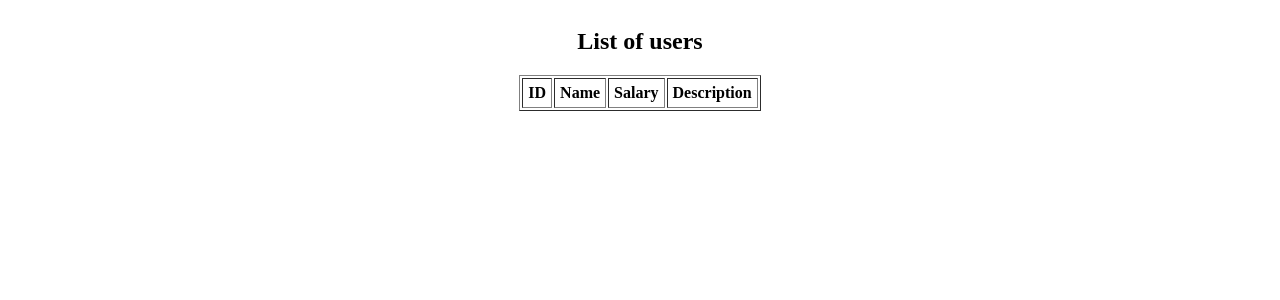
Repository: yashmodi2429/Programs
Page: http://localhost/Employee/showalldetails.jsp
The author's editor kept a copy of each file at every save. The page is drawn from the files as they stood at one save, then again after the next save.
The browser window is 1280 px wide. The pictures show the whole page.
The page is served by Tomcat 9. Queries for data that is not in the repository find no rows.

Above is the page before, as saved 2019-02-26 10:42:38.

After the next save:
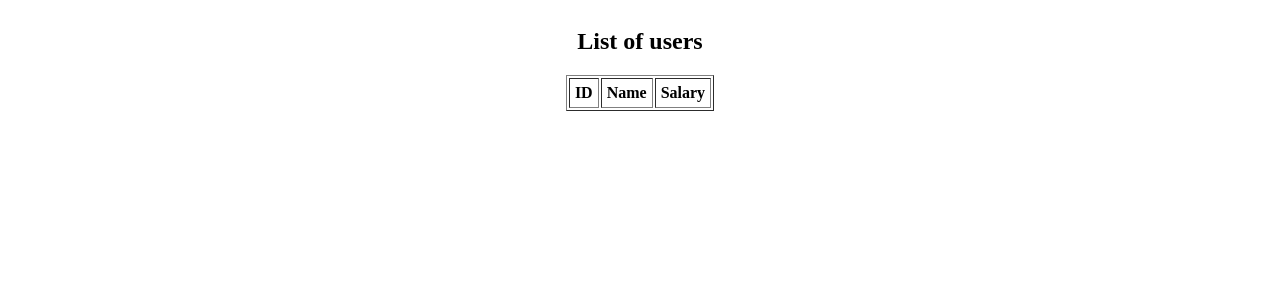
Saved 60 s later.
--- a/Employee/WebContent/showalldetails.jsp
+++ b/Employee/WebContent/showalldetails.jsp
@@ -19,7 +19,7 @@
     />
 
     <sql:query var="listUsers"   dataSource="${myDS}">
-       select employeetbl.id , employeetbl.name , salary.salary , project.description from employeetbl INNER JOIN salary ON employeetbl.id = salary.id INNER JOIN project ON salary.id = project.emp_id ;
+       select employeetbl.id , employeetbl.name , salary.salary from employeetbl INNER JOIN salary ON employeetbl.id = salary.id;
     </sql:query>
 
     <div align="center">
@@ -29,14 +29,14 @@
                 <th>ID</th>
                 <th>Name</th>
                 <th>Salary</th>
-                <th>Description</th>
+
             </tr>
             <c:forEach var="user" items="${listUsers.rows}">
                 <tr>
                     <td>${user.id}</td>
                     <td>${user.name}</td>
                     <td>${user.salary}</td>
-                    <td>${user.description}</td>
+
                 </tr>
             </c:forEach>
         </table>
